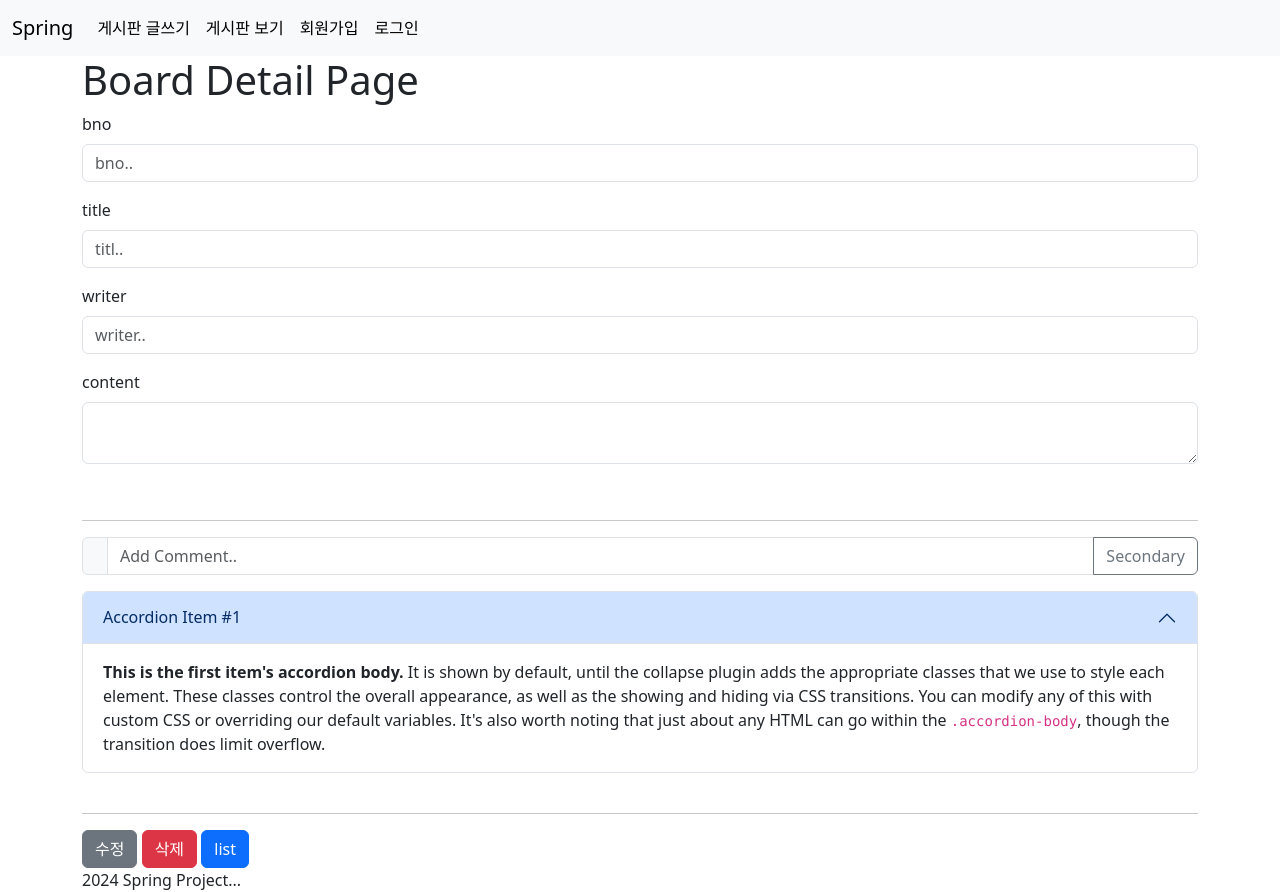
Repository: dlfhrrl12/springtest
Page: http://localhost/spring_study/WEB-INF/views/board/detail.jsp
The author's editor kept a copy of each file at every save. The page is drawn from the files as they stood at one save, then again after the next save.
The browser window is 1280 px wide. The pictures show the whole page.
The page is served by Tomcat 9. Nobody is signed in. The template is opened directly, without the code that normally fills it, so the values that code supplies are empty.

Above is the page before, as saved 2024-04-26 02:47:53.

After the next save:
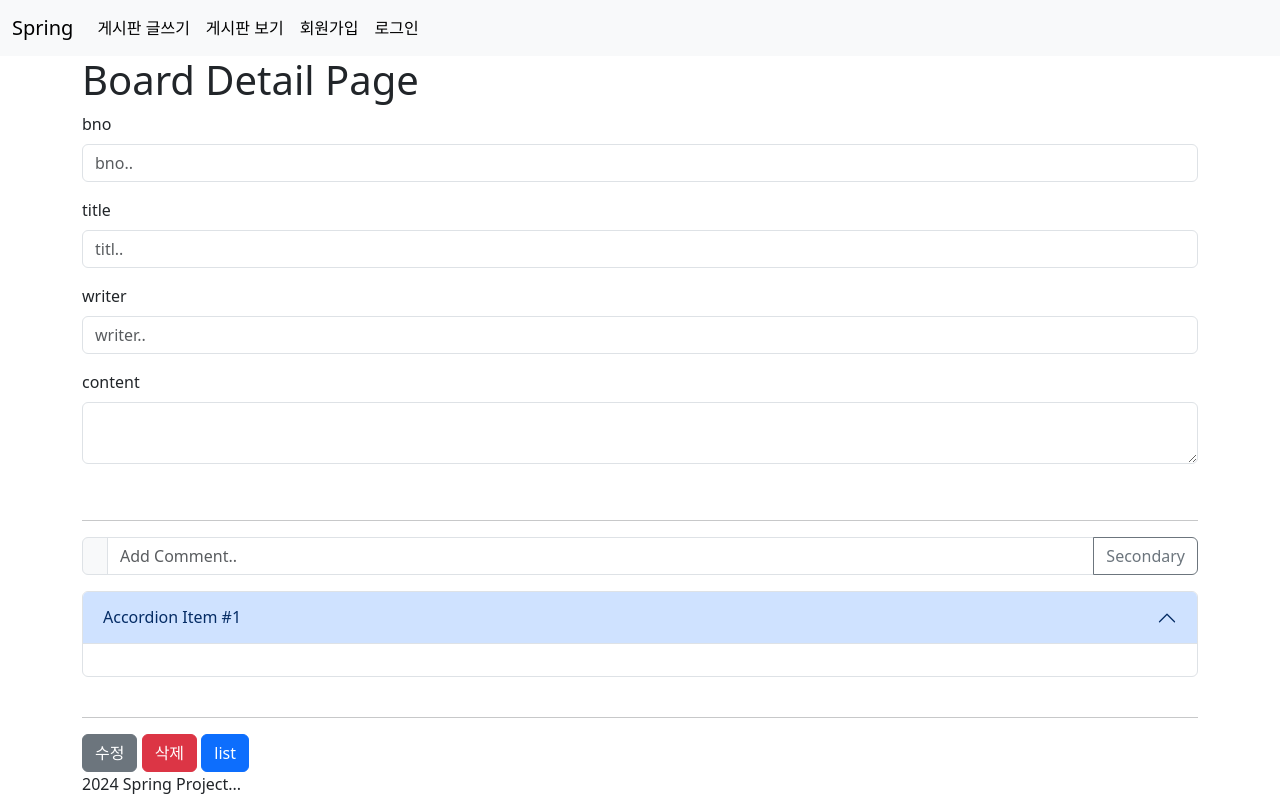
Saved 70 s later.
--- a/spring_study/src/main/webapp/WEB-INF/views/board/detail.jsp
+++ b/spring_study/src/main/webapp/WEB-INF/views/board/detail.jsp
@@ -41,7 +41,7 @@
 			    </h2>
 			    <div id="collapseOne" class="accordion-collapse collapse show" data-bs-parent="#accordionExample">
 			      <div class="accordion-body">
-			        <strong>This is the first item's accordion body.</strong> It is shown by default, until the collapse plugin adds the appropriate classes that we use to style each element. These classes control the overall appearance, as well as the showing and hiding via CSS transitions. You can modify any of this with custom CSS or overriding our default variables. It's also worth noting that just about any HTML can go within the <code>.accordion-body</code>, though the transition does limit overflow.
+
 			      </div>
 			    </div>
 			  </div>
